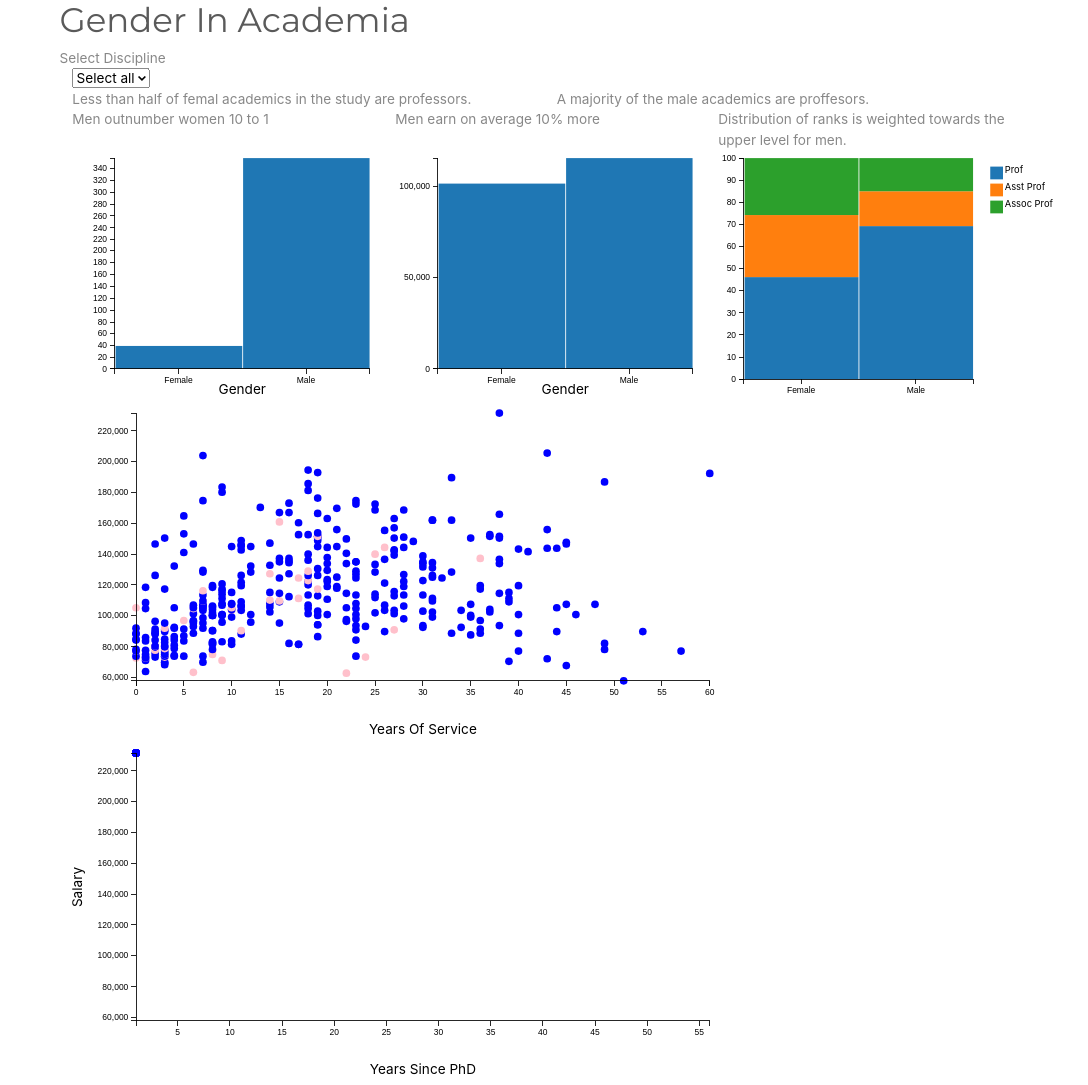
Repository: luke0han/dashboard-project
Page: index.html
The author's editor kept a record of every edit. The page is drawn from the files as they stood at one moment, then again after the next edit.
The browser window is 1280 px wide. The pictures show the whole page, at 85% of full size.

Above is the page before.

After the next edit:
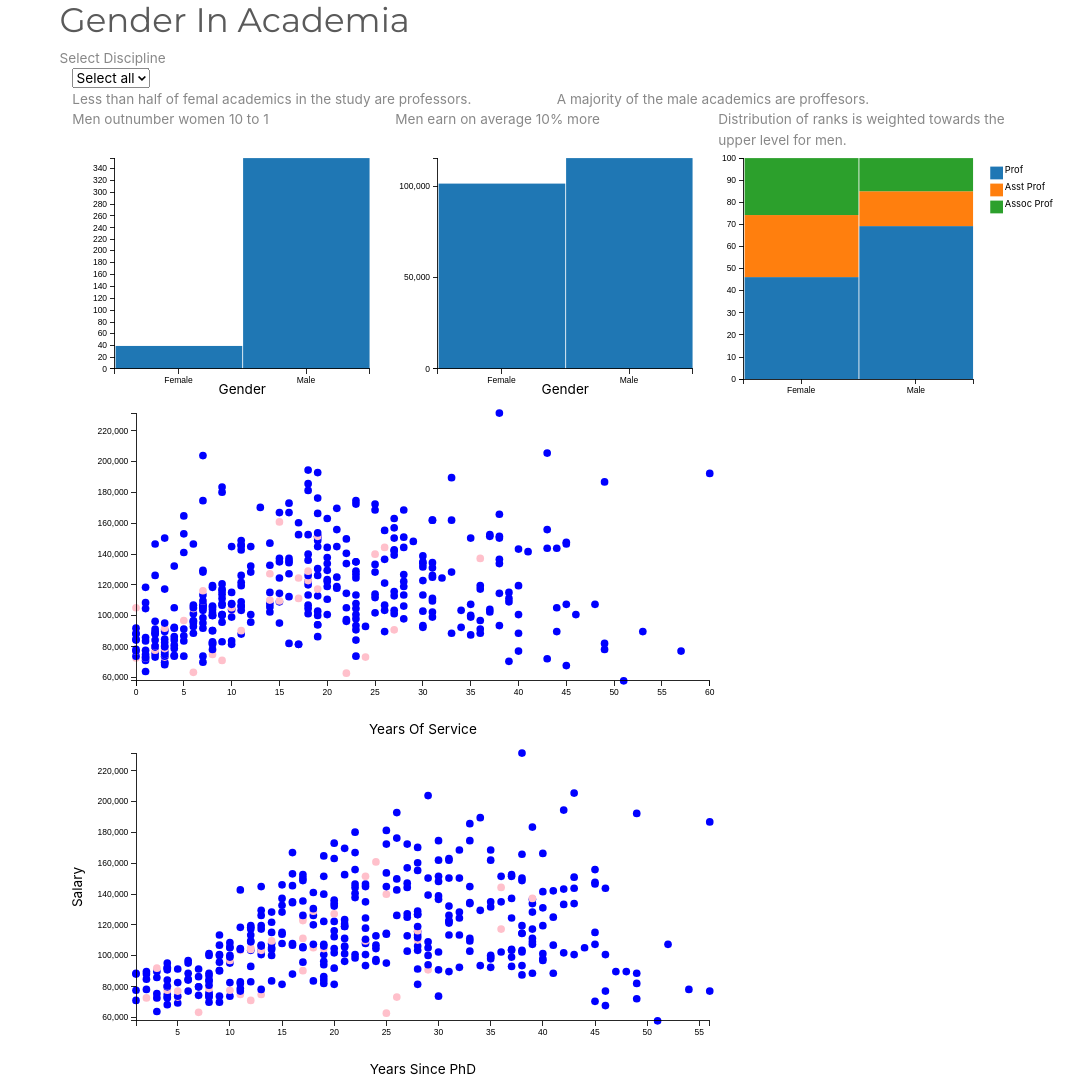
The edit:
--- a/static/js/graph.js
+++ b/static/js/graph.js
@@ -228,7 +228,7 @@
 
     var pDim = ndx.dimension(dc.pluck("yrs_since_phd"));
     var phdDim = ndx.dimension(function(d) {
-       return [d.yrs_service_phd, d.salary, d.rank, d.sex];
+       return [d.yrs_since_phd, d.salary, d.rank, d.sex];
     });
     var phdSalaryGroup = phdDim.group();
 
